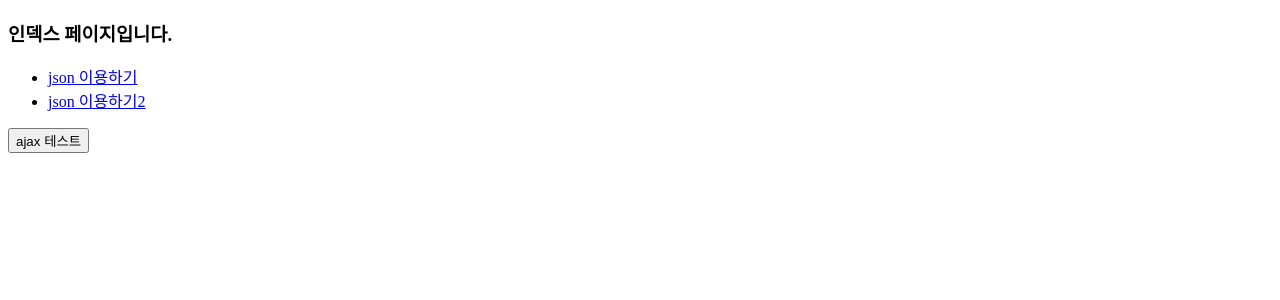
Repository: hyunhee7/python_work
Page: Django04_JSON/templates/index.html
These files come from the project's save history. The page is drawn as it stood at one moment and after the next save; the edit follows.
The browser window is 1280 px wide. The pictures show the whole page.

Above is the page before, as saved 2017-08-22 06:05:18.

After the next save:
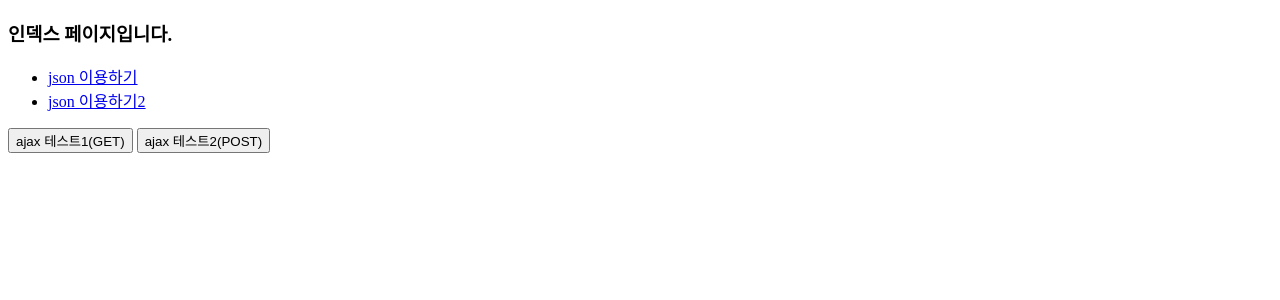
Saved 3 min 29 s later.
--- a/Django04_JSON/templates/index.html
+++ b/Django04_JSON/templates/index.html
@@ -10,7 +10,8 @@
 	<li><a href="/json01">json 이용하기</a></li>
 	<li><a href="/json02">json 이용하기2</a></li>
 </ul>
-<button id="one">ajax 테스트</button>
+<button id="one">ajax 테스트1(GET)</button>
+<button id="one">ajax 테스트2(POST)</button>
 <script src="/static/js/jquery-3.2.0.js"></script>
 <script>
 	$("#one").click(function(){
